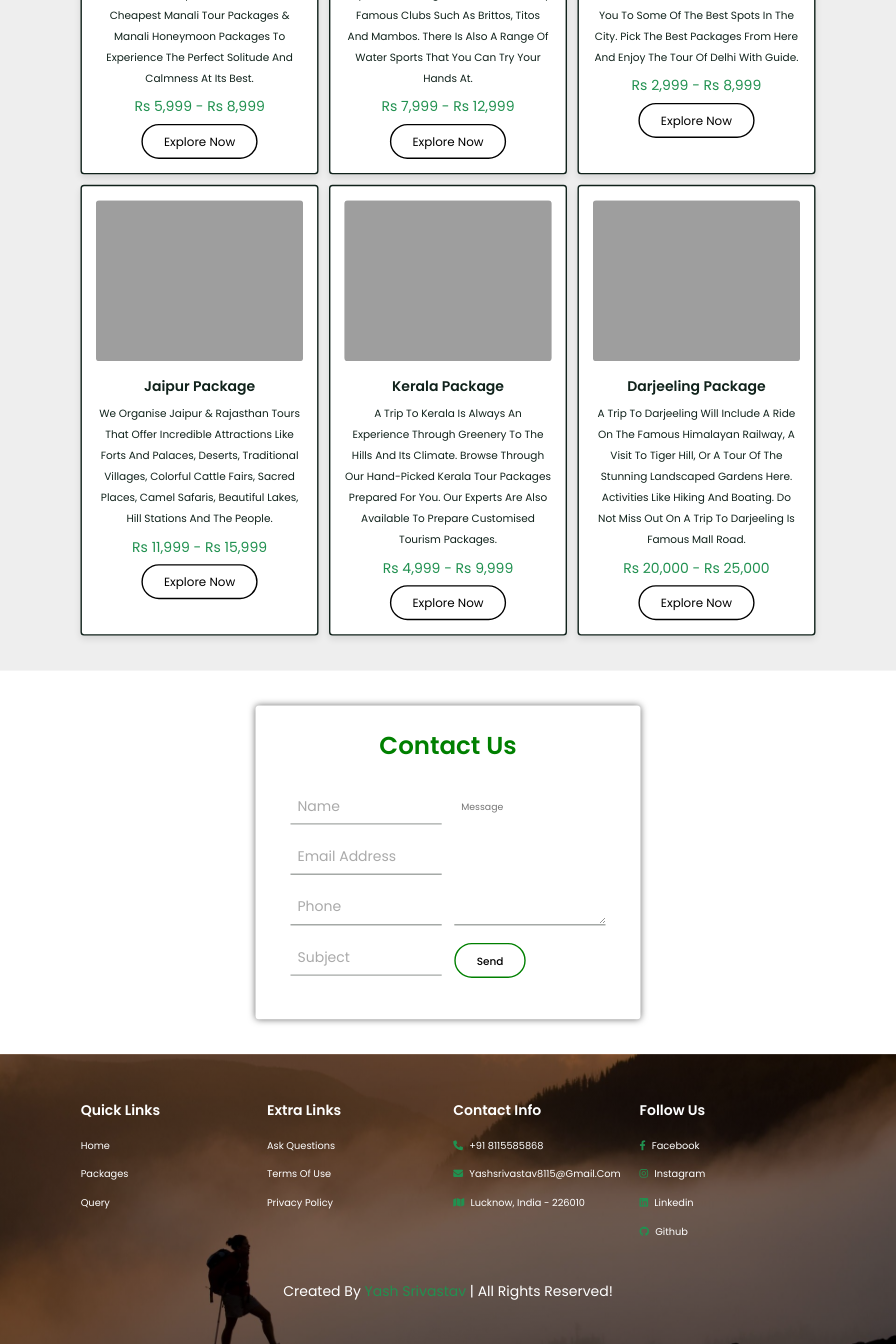
Repository: Heerav04/Tour
Page: index.html
An editor plug-in stored every save of this project. The page is shown before and after the next save, followed by the edit.
The browser window is 1280 px wide. The pictures show the part of the page from y = 1930 to 3850 px (the page is 3850 px tall before and 3592 px after), at 70% of full size.
Pictures or frames that could not be fetched are drawn as grey boxes. Some icons come from a web library that is not loaded, so they are not drawn. Backgrounds fixed to the window are drawn as part of the page. Some web libraries are served in a nearby version.

Above is the page before, as saved 2025-05-19 21:52:46.

After the next save:
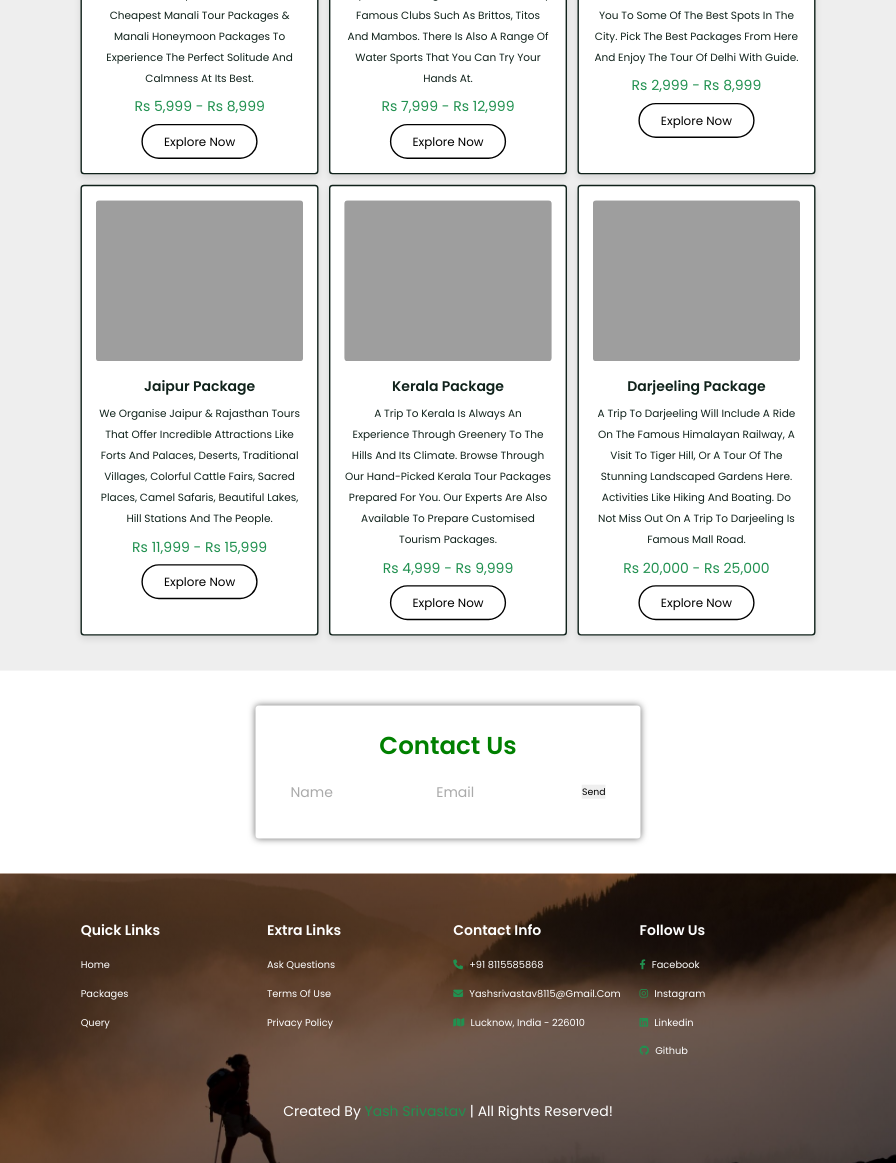
Saved 2 min 21 s later.
--- a/index.html
+++ b/index.html
@@ -158,25 +158,11 @@
             <div class="contact-form">
                 <!-- Replace with your actual email below -->
                 <form action="https://formsubmit.co/locuscollor@gmail.com" method="POST">
-                    <div class="input-fields">
-                        <input type="text" class="input" placeholder="Name" name="name" required />
-                        <input type="email" class="input" placeholder="Email Address" name="email" required />
-                        <input type="tel" class="input" placeholder="Phone" name="phone" required />
-                        <input type="text" class="input" placeholder="Subject" name="subject" required />
-
-                        <!-- Redirect after submit -->
-                        <input type="hidden" name="_next" value="https://yourdomain.com/thank-you.html" />
-                        <!-- Disable CAPTCHA -->
-                        <input type="hidden" name="_captcha" value="false" />
-                    </div>
-
-                    <div class="msg">
-                        <textarea placeholder="Message" name="message" required></textarea><br />
-                        <div class="btn1">
-                            <button type="submit">send <i class="uil uil-message"></i></button>
-                        </div>
-                    </div>
-                </form>
+  <input type="text" name="name" placeholder="Name" required />
+  <input type="email" name="email" placeholder="Email" required />
+  <button type="submit">Send</button>
+</form>
+
             </div>
         </div>
     </section>
